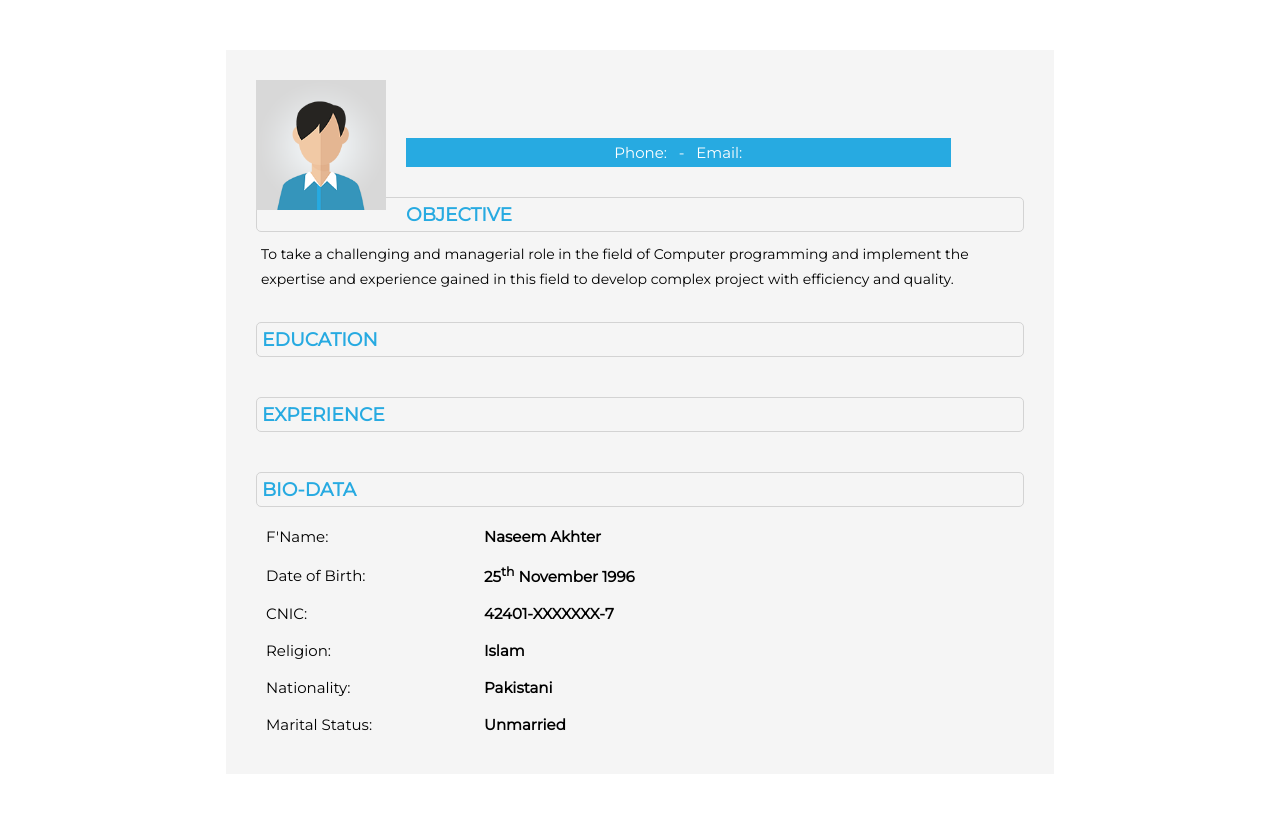
Repository: voductien94798/cv_project
Page: views/index.ejs
The author's editor kept a copy of each file at every save. The page is drawn from the files as they stood at one save, then again after the next save.
The browser window is 1280 px wide. The pictures show the whole page.
The page is served by the project's Node server (app.js). The template is opened directly, without the code that normally fills it, so the values that code supplies are empty.

Above is the page before, as saved 2023-03-10 17:34:58.

After the next save:
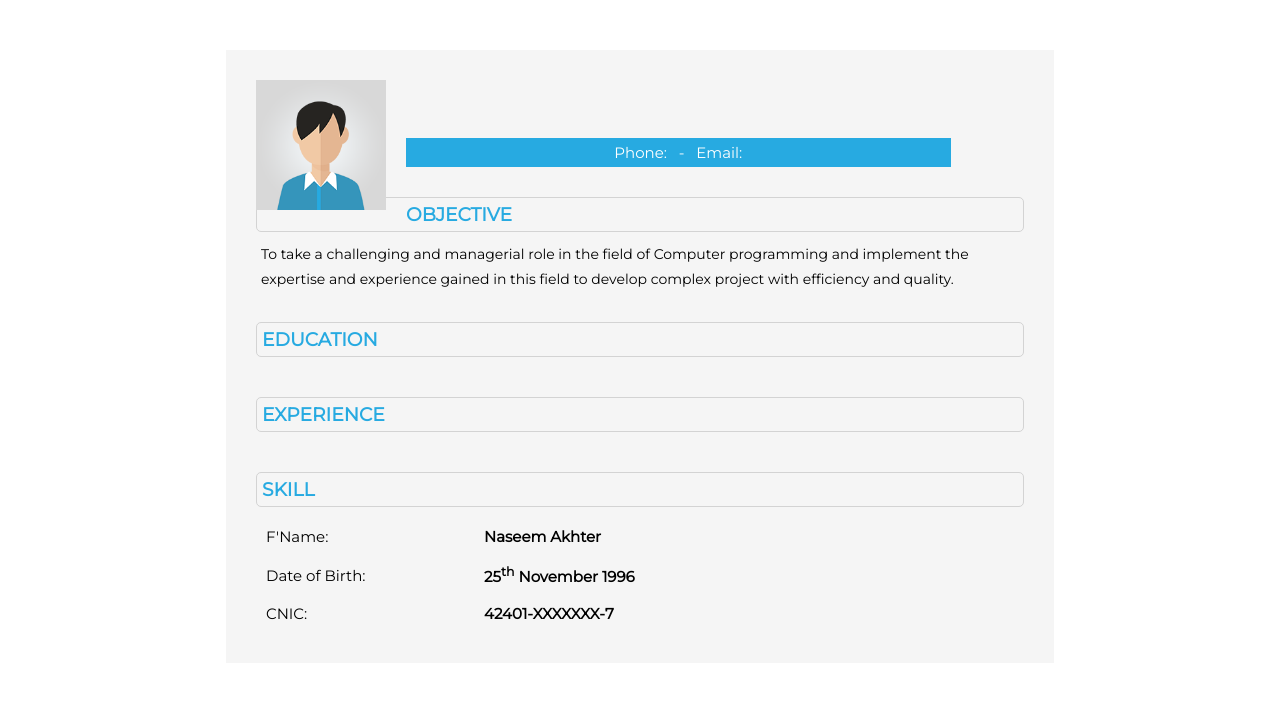
Saved 51 s later.
--- a/views/index.ejs
+++ b/views/index.ejs
@@ -53,7 +53,7 @@
         </table>
       </div>
       <div id="bio-data">
-        <h3>Bio-Data</h3>
+        <h3>SKILL</h3>
         <table>
           <tr>
             <td>F'Name:</td>
@@ -69,18 +69,6 @@
             <td>CNIC:</td>
             <td><b>42401-XXXXXXX-7</b></td>
           </tr>
-          <tr>
-            <td>Religion:</td>
-            <td><b>Islam</b></td>
-          </tr>
-          <tr>
-            <td>Nationality:</td>
-            <td><b>Pakistani</b></td>
-          </tr>
-          <tr>
-            <td>Marital Status:</td>
-            <td><b>Unmarried</b></td>
-          </tr>
         </table>
       </div>
     </div>
